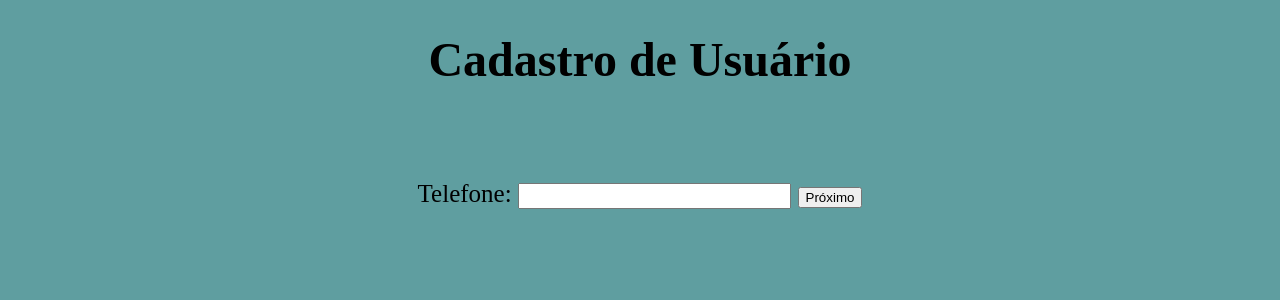
Repository: yoda4ever/playground
Page: http://localhost/Mod06_ex02B/tela3.jsp
An editor plug-in stored every save of this project. The page is shown before and after the next save, followed by the edit.
The browser window is 1280 px wide. The pictures show the whole page.
The page is served by Tomcat 9. Other server files are loaded and not shown.

Above is the page before, as saved 2017-05-06 15:55:49.

### Mod06_ex02B/WebContent/tela3.jsp
<%@ page language="java" contentType="text/html; charset=ISO-8859-1"
    pageEncoding="ISO-8859-1"%>
<!DOCTYPE html PUBLIC "-//W3C//DTD HTML 4.01 Transitional//EN" "http://www.w3.org/TR/html4/loose.dtd">
<html>
<head>
<meta http-equiv="Content-Type" content="text/html; charset=ISO-8859-1">
<title>Cadastro</title>
</head>
<body style="background-color: cadetblue;">

		<center>
			<h1 style="font-family: cursive;font-size: -webkit-xxx-large;">
				Cadastro de Usuário
			</h1>
		</center>

		<br><br>

		<center>
			<form action="Cadastrar" method="post">
				<input type="hidden" name="pagina" value="3">

				<p style="font-size: 25px;font-family: cursive;"> Telefone:
					<input type="text" maxlength="35" name="telefone" style="height: 20px; width: 21%; font-size: 20px; text-align: center;">
					<button>Próximo</button>
				</p>
			</form>
		</center>



</body>
</html>

After the next save:
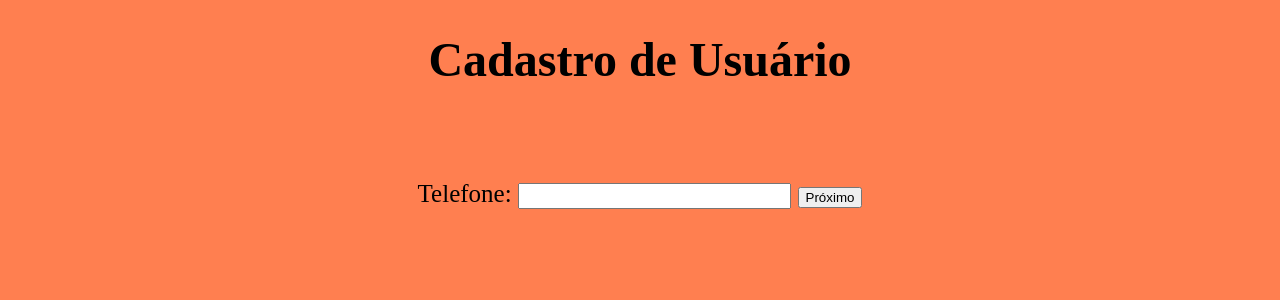
Saved 32 s later.
--- a/Mod06_ex02B/WebContent/tela3.jsp
+++ b/Mod06_ex02B/WebContent/tela3.jsp
@@ -6,7 +6,7 @@
 <meta http-equiv="Content-Type" content="text/html; charset=ISO-8859-1">
 <title>Cadastro</title>
 </head>
-<body style="background-color: cadetblue;">
+<body style="background-color: coral;">
 
 		<center>
 			<h1 style="font-family: cursive;font-size: -webkit-xxx-large;">
